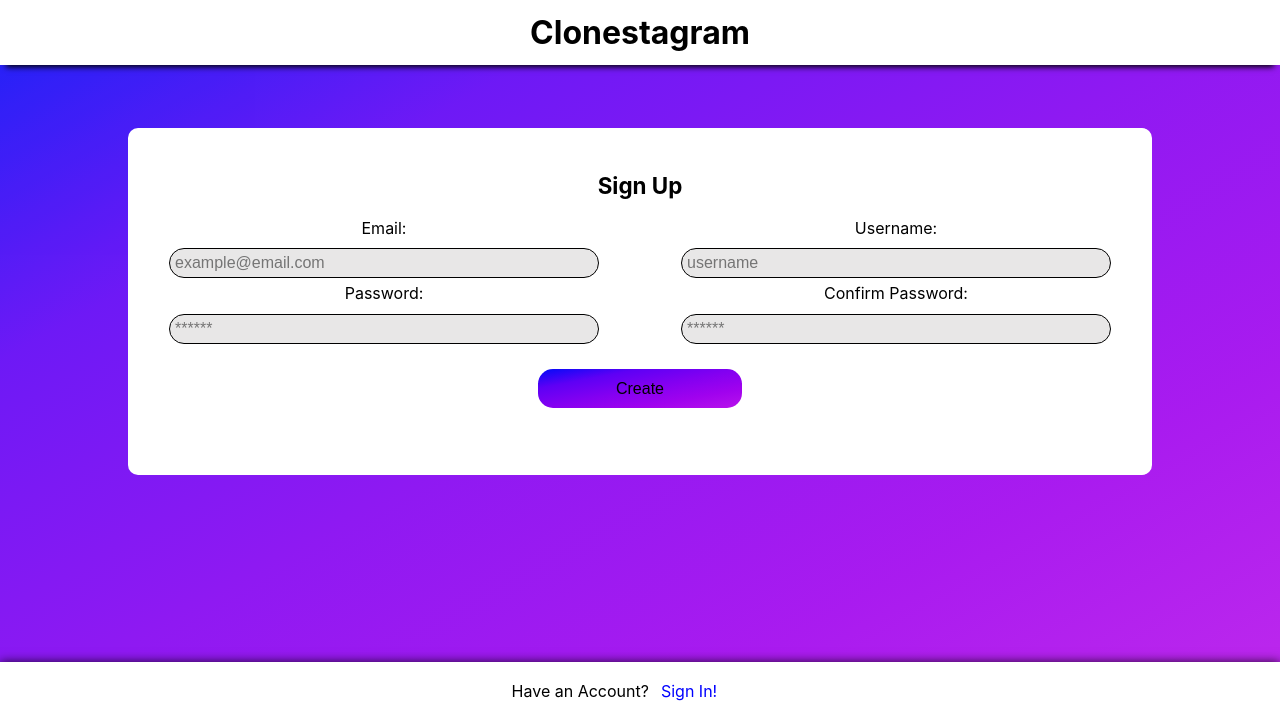
Repository: MikeMoore55/clonestagram
Page: /signup
These files come from the project's save history. The page is drawn as it stood at one moment and after the next save; the edit follows.
The browser window is 1280 px wide. The pictures show the whole page.
The page's requests for data from a server got no answer. The project was rebuilt for these pictures with package versions that can differ from the ones it lists, and the page was loaded fresh each time. The framework's server and built-in components were replaced by stand-ins that run in the browser. No one was signed in, and anything a server would have sent is missing. Also part of the build but not shown: next.config.js.

Above is the page before, as saved 2022-11-18 09:10:22.

### pages/_app.jsx
import Layout from '../components/Layout/Layout';
import '../styles/globals.css';

export default function MyApp({ Component, pageProps }) {
  return (
    <Layout>
      <Component {...pageProps} />
    </Layout>
  );
};

### pages/signup.jsx
import React from 'react';
import SignUpForm from '../components/Auth/SignUpForm';

export default function signup() {
    return (
        <div>
            <SignUpForm/>
        </div>
    );
};

### components/Layout/Layout.jsx
import React from 'react';
import Header from './Header';

export default function Layout({children}) {
  return (
    <div id='Layout'>
      <Header />
      {children}
    </div>
  );
};

### styles/globals.css
html,
body {
  padding: 0;
  margin: 0;
  font-family: -apple-system, BlinkMacSystemFont, Segoe UI, Roboto, Oxygen,
    Ubuntu, Cantarell, Fira Sans, Droid Sans, Helvetica Neue, sans-serif;
}

a {
  color: inherit;
  text-decoration: none;
}

* {
  box-sizing: border-box;
}

@media (prefers-color-scheme: dark) {
  html {
    color-scheme: dark;
  }

  body {
    color: black;
    background: rgb(234, 233, 233);
  }
}

### components/Auth/SignUpForm.jsx
import React, { useState } from 'react';
import { useRouter } from 'next/router';
import Link from 'next/link';
import { SupaBaseDB } from '../../utils/dbconnect';
import styles from '../../styles/SignUp.module.css'

export default function SignUpForm() {

    const router = useRouter();

    const [email, setEmail] = useState('');
    const [password, setPassword] = useState('');
    const [confirmPassword, setConfirmPassword] = useState('');
    const [username, setUsername] = useState('');

    const [errMsg, setErrMsg] = useState('');

    const createAccount = async (event) => {
        event.preventDefault();

        if (confirmPassword == '' && password == '' && username == '' && confirmPassword == '') {
            setErrMsg('fields cannot be blank');
        }
        else if (confirmPassword !== password) {
            setErrMsg('passwords dont match, try again');
            setPassword('');
            setConfirmPassword('');
        }
        else {
            const res = await SupaBaseDB
                .from("account")
                .insert([
                    {
                        email: email,
                        password: password,
                        username: username,
                    }
                ]);
            if (res.error) {
                setErrMsg(JSON.stringify(res.error));
            }
            else {
                setErrMsg('');
                router.push("/signin"); // when successful take them to 'signin'
            };
        };
    };

    return (
        <div className={styles.container}>

            <form onSubmit={createAccount} className={styles.signUpForm}>

                <h2 className={styles.heading}>
                  Sign Up
                </h2>

                <div className={styles.inputAreas}>
                    <div>
                        <label className={styles.label}>
                            Email:
                        </label>
                        <input
                        type='text'
                        className={styles.input}
                        value={email}
                        onChange={(e) => setEmail(e.target.value)}
                        placeholder='example@email.com'/>
                    </div>
                    <div>
                        <label className={styles.label}>
                        Username:
                        </label>
                        <input
                        type='text'
                        className={styles.input}
                        value={username}
                        onChange={(e) => setUsername(e.target.value)}
                        placeholder='username'/>
                    </div>
                    <div>
                        <label className={styles.label}>
                            Password:
                        </label>
                        <input
                        type='password'
                        className={styles.input}
                        value={password}
                        onChange={(e) => setPassword(e.target.value)}
                        placeholder='******'/>
                    </div>
                    <div>
                        <label className={styles.label}>
                            Confirm Password:
                        </label>
                        <input
                        type='password'
                        className={styles.input}
                        value={confirmPassword}
                        onChange={(e) => setConfirmPassword(e.target.value)}
                        placeholder='******'/>
                    </div>
                </div>

                <button type='submit' className={styles.btn}>
                    Create
                </button>

                <p className={styles.errMsg}>
                    {errMsg}
                </p>

            </form>

            <div className={styles.backgroundFeature}>
                1
            </div>

            <div className={styles.signInSection}>
                Have an Account?
                <span className={styles.signInText}>
                    <Link href={'/signin'}>
                        Sign In!
                    </Link>
                </span>
            </div>

        </div>
    );
};

### components/Layout/Header.jsx
import React from 'react';
import styles from '../../styles/Header.module.css';

export default function Header() {
    return (
        <header className={styles.header}>
            <h1>Clonestagram</h1>
        </header>
    );
};

### utils/dbconnect.js
import { createClient } from "@supabase/supabase-js";

const supabaseUrl = process.env.NEXT_PUBLIC_SUPABASE_URL;
const supabaseApi = process.env.NEXT_PUBLIC_SUPABASE_API_KEY;

export const SupaBaseDB = createClient(supabaseUrl, supabaseApi);

### styles/SignUp.module.css
.container {
    position: relative;
    padding-top: 20%;
}

.signUpForm {
    position: relative;
    padding: 2% 0% 3% 0%;
    width: 80%;
    margin: 5% 10% 5% 10%;
    text-align: center;
    background-color: white;
    border-radius: 10px;
}

.heading {
    position: relative;
    text-align: center;
    font-size: 1.6em;
}

.label {
    position: relative;
    text-align: center;
    font-size: 1.1em;
}

.input {
    position: relative;
    margin: 5% 10% 5% 10%;
    width: 80%;
    background-color: rgb(232, 231, 231);
    border: solid 1px black;
    border-radius: 10px;
    font-size: 1em;
    padding: 1%;
    color: gray;
}

.input:active {
    border: 1px blue solid;
    transform: scale(1.1);
}

.input:hover {
    border: 1px blue solid;
    transform: scale(1.1);
}

.errMsg {
    position: relative;
    color: red;
}

.btn {
    position: relative;
    border: none;
    background-image: linear-gradient(to right bottom, #000bf8, #5e00f5, #8300f1, #a002ee, #b812eb);
    border-radius: 10px;
    padding: 2% 2% 2% 2%;
    width: 40%;
    margin: 1% 30% 1% 30%;
    font-size: 1em;
}

.btn:active {
    transform: scale((0.9));
}

.backgroundFeature {
    position: fixed;
    color: transparent;
    background-image: linear-gradient(to right bottom, #000bf8, #5e00f5, #8300f1, #a002ee, #b812eb);
    width: 100%;
    height: 100%;
    bottom: 0%;
    right: 0%;
    top: 0%;
    left: 0%;
    z-index: -1;
    opacity: 0.9;
}

.signInSection {
    position: fixed;
    width: 100%;
    bottom: 0%;
    left: 0%;
    right: 0%;
    box-shadow: 0px 0 10px rgba(0, 0, 0, 0.8);
    padding: 5% 5% 5% 5%;
    background-color: white;
    text-align: center;
}

.signInText {
    position: relative;
    color: blue;
    margin-left: 2%;
}

@media (min-width: 490px) {
    .container {
        padding-top: 17%;
    }

    .signUpForm {
        padding: 2% 0% 3% 0%;
        margin: 3% 10% 5% 10%;
    }

    .heading {
        font-size: 2.2em;
    }

    .label {
        font-size: 1.5em;
    }

    .input {
        margin: 3% 10% 4% 10%;
        font-size: 1.3em;
        padding: 1%;
        border-radius: 15px;
    }

    .errMsg {
        font-size: 1.3em;
    }

    .btn {
        margin: 1% 30% 1% 30%;
        font-size: 1.5em;
        border-radius: 15px;
    }

    .signInSection {
        padding: 4% 5% 4% 5%;
        font-size: 1.4em;
    }

    .signInText {
        position: relative;
        color: blue;
        margin-left: 2%;
    }
}

@media (min-width: 1000px) {
    .container {
        padding-top: 8%;
    }

    .signUpForm {
        padding: 2% 0% 1% 0%;
        margin: 2% 10% 1% 10%;
        width: 80%;
    }

    .heading {
        font-size: 1.4em;
    }

    .inputAreas {
        position: relative;
        display: grid;
        grid-template-columns: 50% 50%;
        width: 100%;
    }

    .label {
        font-size: 1em;
    }

    .input {
        margin: 2% 8% 1% 8%;
        width: 84%;
        font-size: 1em;
        padding: 1%;
    }

    .errMsg {
        font-size: 1em;
        margin-bottom: 5%;
    }

    .btn {
        margin: 2% 40% 0.32% 40%;
        width: 20%;
        font-size: 1em;
        padding: 1% 1% 1% 1%;
    }

    .signInSection {
        padding: 1.5% 5% 1.5% 1%;
        font-size: 1em;
    }

    .signInText {
        position: relative;
        color: blue;
        margin-left: 1%;
    }
}

### styles/Header.module.css
.header {
    position: fixed;
    top: 0%;
    left: 0%;
    right: 0%;
    width: 100%;
    text-align: center;
    background-color: white;
    box-shadow: 0 8px 6px -6px black;
    z-index: 5;
    margin: 0%;
    padding: 3.5%;
}

.header h1 {
    margin: 0%;
    padding: 0%;
}


@media (min-width: 490px) {
    .header {
        padding: 3%;
    }

    .header h1 {
        font-size: 2.7em;
    }
}

@media (min-width: 1000px) {
    .header {
        padding: 1%;
    }

    .header h1 {
        font-size: 2em;
    }
}

After the next save:
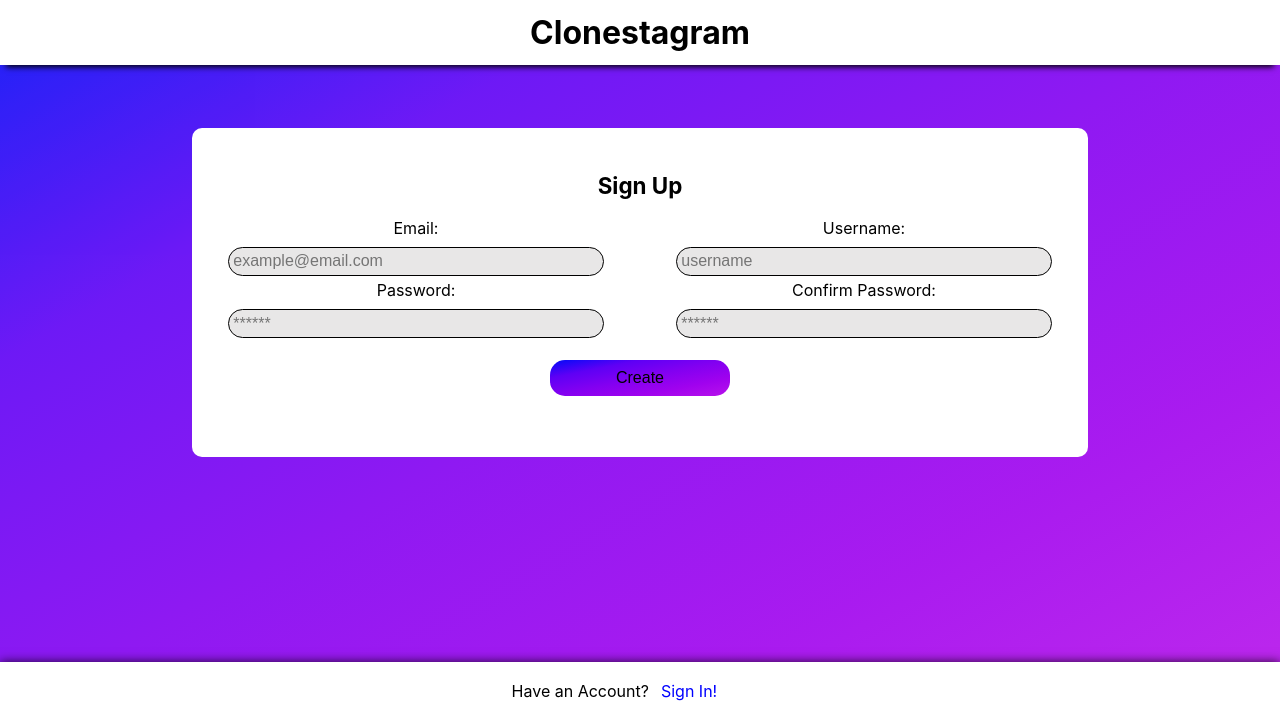
Saved 13 s later.
--- a/styles/SignUp.module.css
+++ b/styles/SignUp.module.css
@@ -153,8 +153,8 @@
 
     .signUpForm {
         padding: 2% 0% 1% 0%;
-        margin: 2% 10% 1% 10%;
-        width: 80%;
+        margin: 2% 15% 1% 15%;
+        width: 70%;
     }
 
     .heading {
